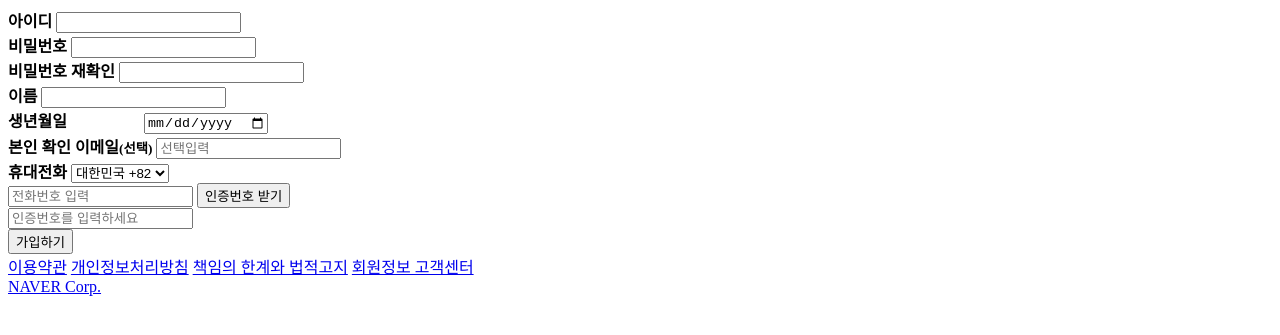
Repository: kokoko12334/springsecurity
Page: http://localhost/joinForm
These files come from the project's save history. The page is drawn as it stood at one moment and after the next save; the edit follows.
The browser window is 1280 px wide. The pictures show the whole page.
The page is this project's Thymeleaf template; nobody is signed in. The template is opened directly, without the code that normally fills it, so the values that code supplies are empty.

Above is the page before, as saved 2023-05-29 05:19:47.

After the next save:
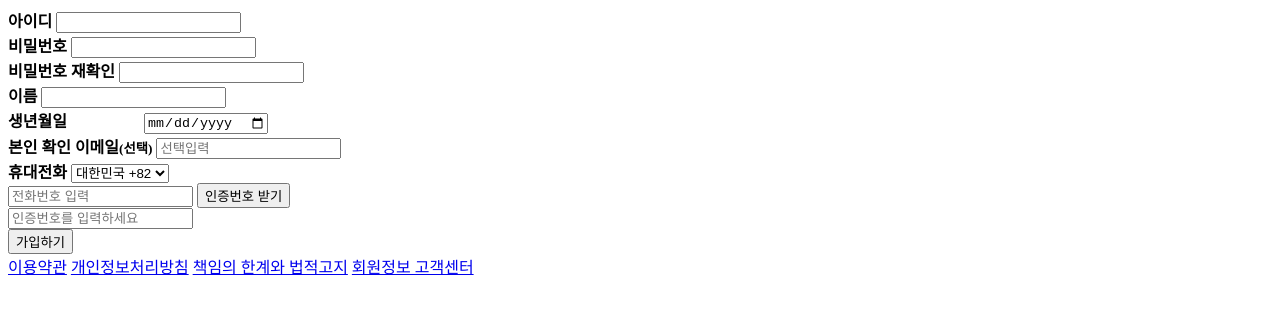
Saved 2 h 14 min later.
--- a/demo/src/main/resources/templates/joinForm.html
+++ b/demo/src/main/resources/templates/joinForm.html
@@ -63,7 +63,7 @@
                 <a href="#none">책임의 한계와 법적고지</a>
                 <a href="#none">회원정보 고객센터</a>
             </div>
-            <span><a href="#none">NAVER Corp.</a></span>
+
         </div>
     </div>
 
